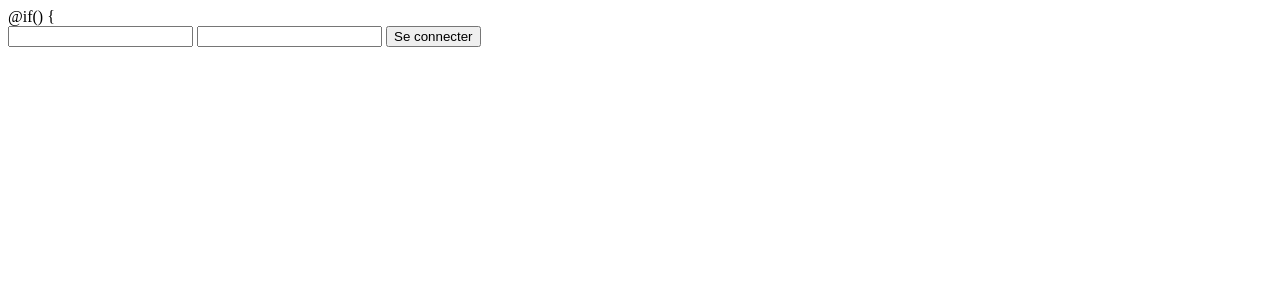
Repository: SchArthur/spring_bsd
Page: test.html
An editor plug-in stored every save of this project. The page is shown before and after a run of saves, followed by the edit.
The browser window is 1280 px wide. The pictures show the whole page.

Above is the page before, as saved 2024-12-04 14:09:53.

### test.html
<!DOCTYPE html>
<html lang="en">

<head>
  <meta charset="UTF-8">
  <meta name="viewport" content="width=device-width, initial-scale=1.0">
  <title>Document</title>
</head>

<body>
  @if() {
  <form id="formulaire-connexion" onsubmit="return onConnexion();">
    <input type="email" id="champs-email">
    <input type="password" id="champs-password">
    <button>Se connecter</button>
  </form>
</body>

<script>

  init();

  function init() {

    //si l'utilisateur est connecté
    if (localStorage.getItem("jwt") != null) {
      const formulaireConnexion = document.getElementById("formulaire-connexion")
      formulaireConnexion.style.display = "none"
    }

  }

  function onConnexion() {

    fetch("http://localhost:8080/connexion")
      .then(reponse => reponse.text())
      .then(jwt => {
        localStorage.setItem("jwt", jwt)
        init()
      })

    return false;
  }

</script>

</html>

After the next 4 saves:
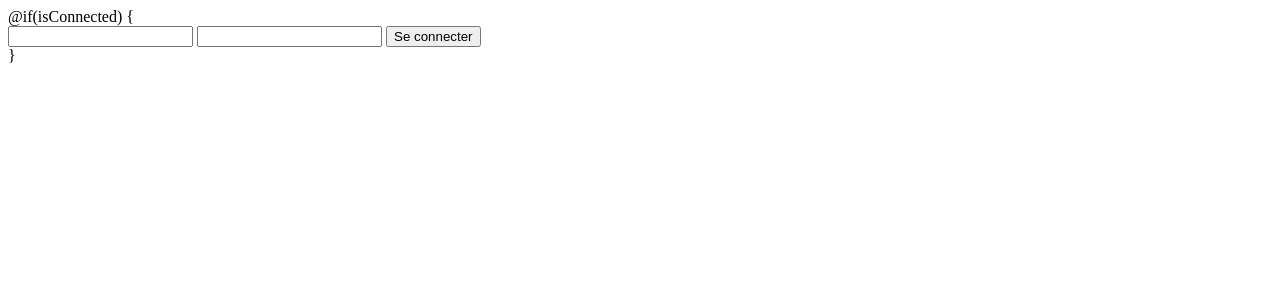
The 4 saves are shown as one change because they came seconds apart.
The last was saved 12 s later.
--- a/test.html
+++ b/test.html
@@ -8,12 +8,13 @@
 </head>
 
 <body>
-  @if() {
-  <form id="formulaire-connexion" onsubmit="return onConnexion();">
-    <input type="email" id="champs-email">
-    <input type="password" id="champs-password">
-    <button>Se connecter</button>
-  </form>
+  @if(isConnected) {
+    <form id="formulaire-connexion" onsubmit="return onConnexion();">
+      <input type="email" id="champs-email">
+      <input type="password" id="champs-password">
+      <button>Se connecter</button>
+    </form>
+  }
 </body>
 
 <script>
